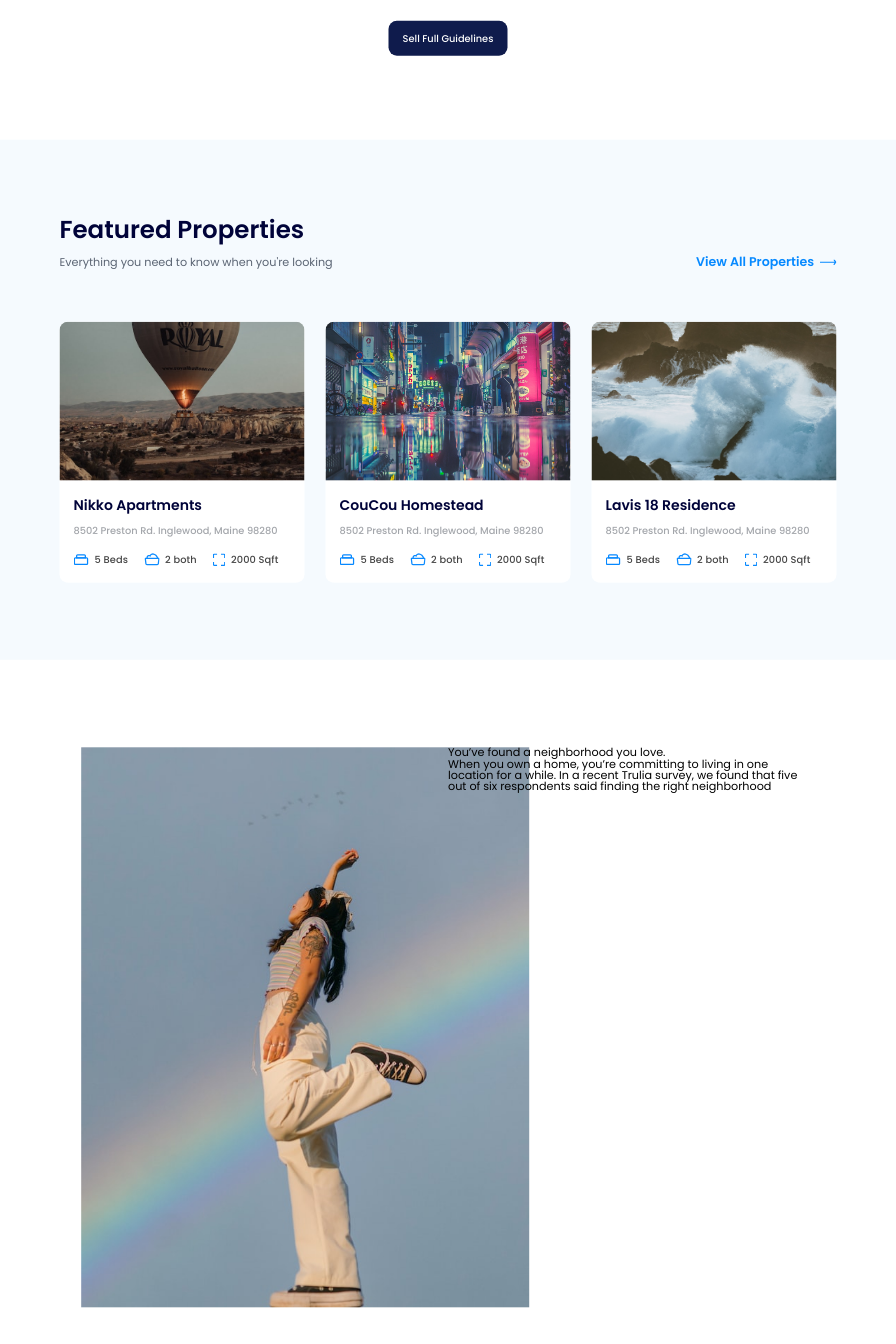
Repository: Tctiensk/f8-htmlcss-01
Page: index.html
An editor plug-in stored every save of this project. The page is shown before and after the next save, followed by the edit.
The browser window is 1280 px wide. The pictures show the part of the page from y = 1572 to 3492 px (the page is 3492 px tall before and 3152 px after), at 70% of full size.

Above is the page before, as saved 2022-12-10 11:17:46.

After the next save:
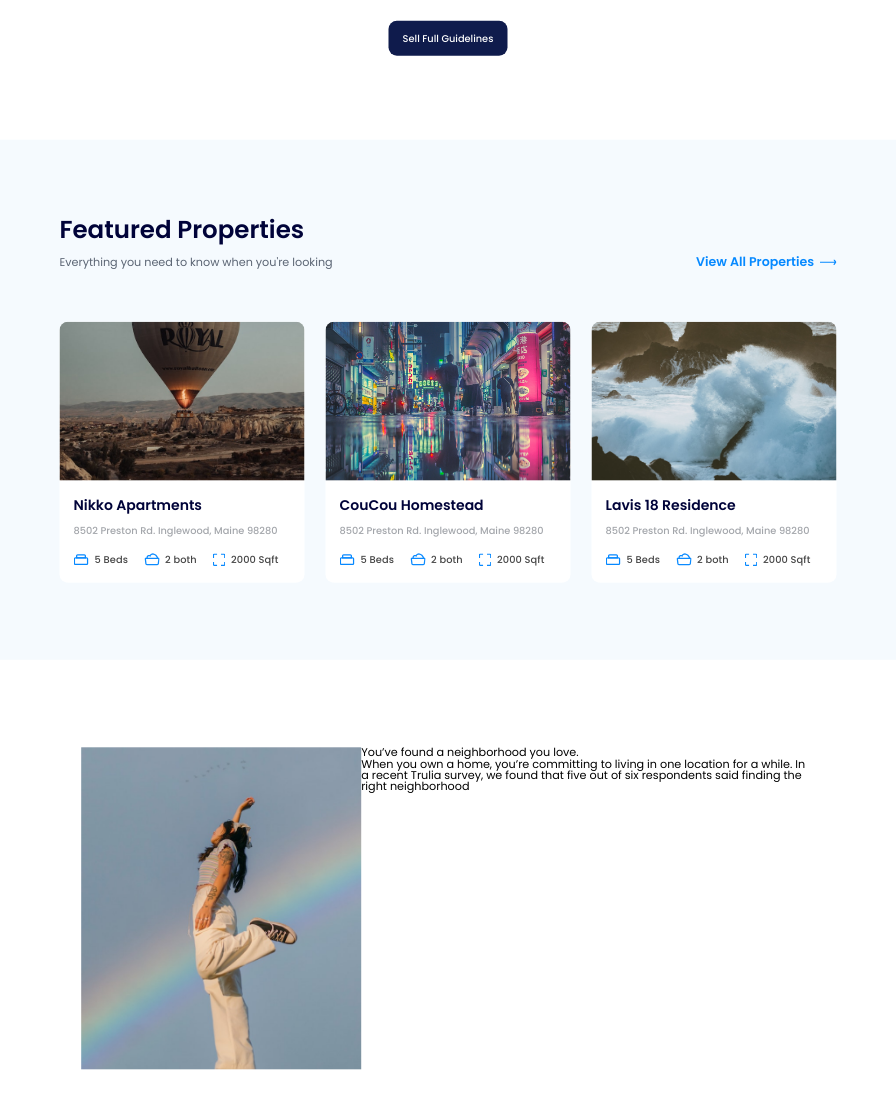
Saved 103 s later.
--- a/assets/css/style.css
+++ b/assets/css/style.css
@@ -311,3 +311,8 @@
 .stars .info {
     width: 50%;
 }
+.stats .img-block img {
+    width: 400px;
+    height: 460px;
+    object-fit: cover;
+}

After the save that followed:
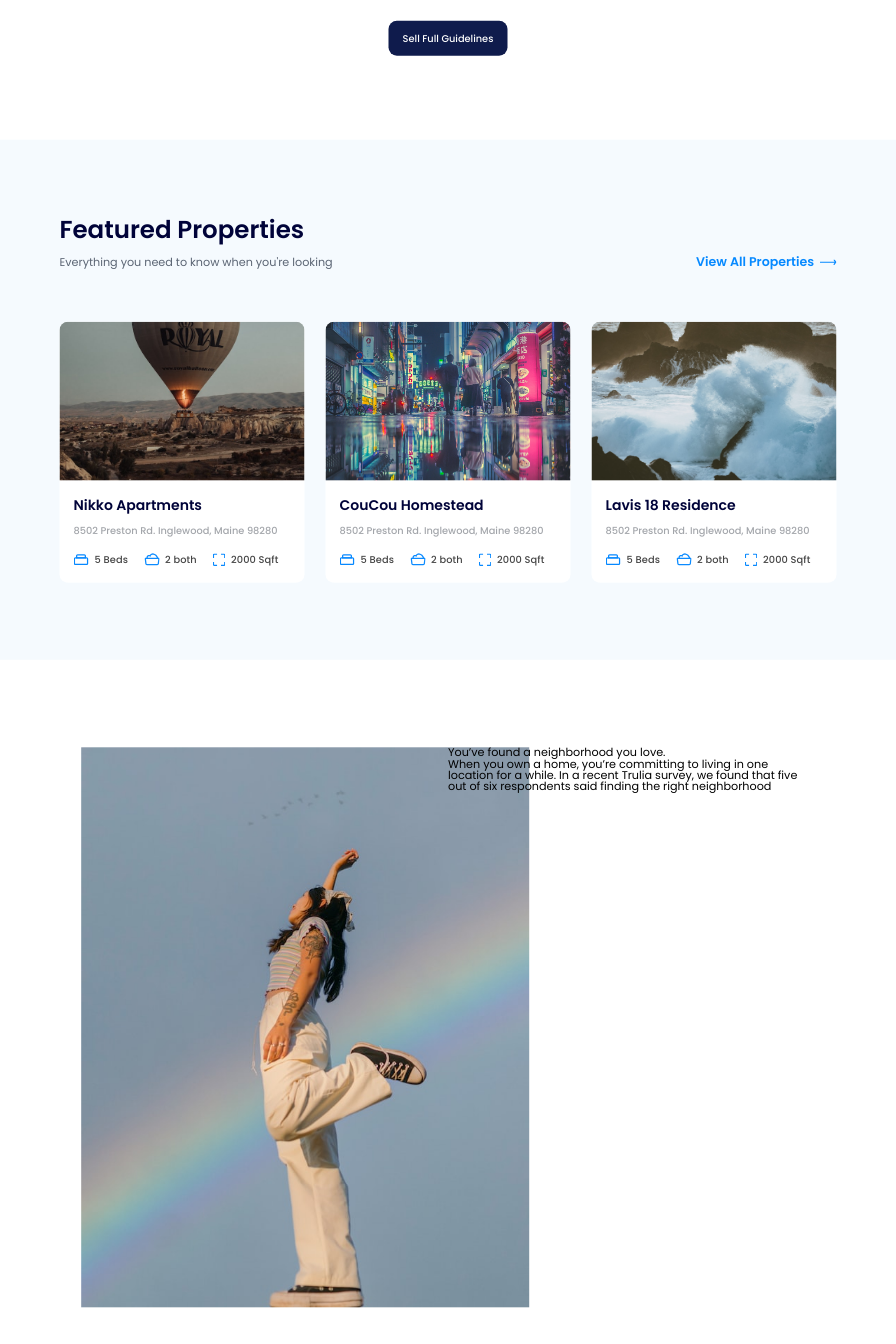
Saved 14 s later.
--- a/assets/css/style.css
+++ b/assets/css/style.css
@@ -312,7 +312,7 @@
     width: 50%;
 }
 .stats .img-block img {
-    width: 400px;
+    /* width: 400px;
     height: 460px;
-    object-fit: cover;
-}
+    object-fit: cover; */
+}
